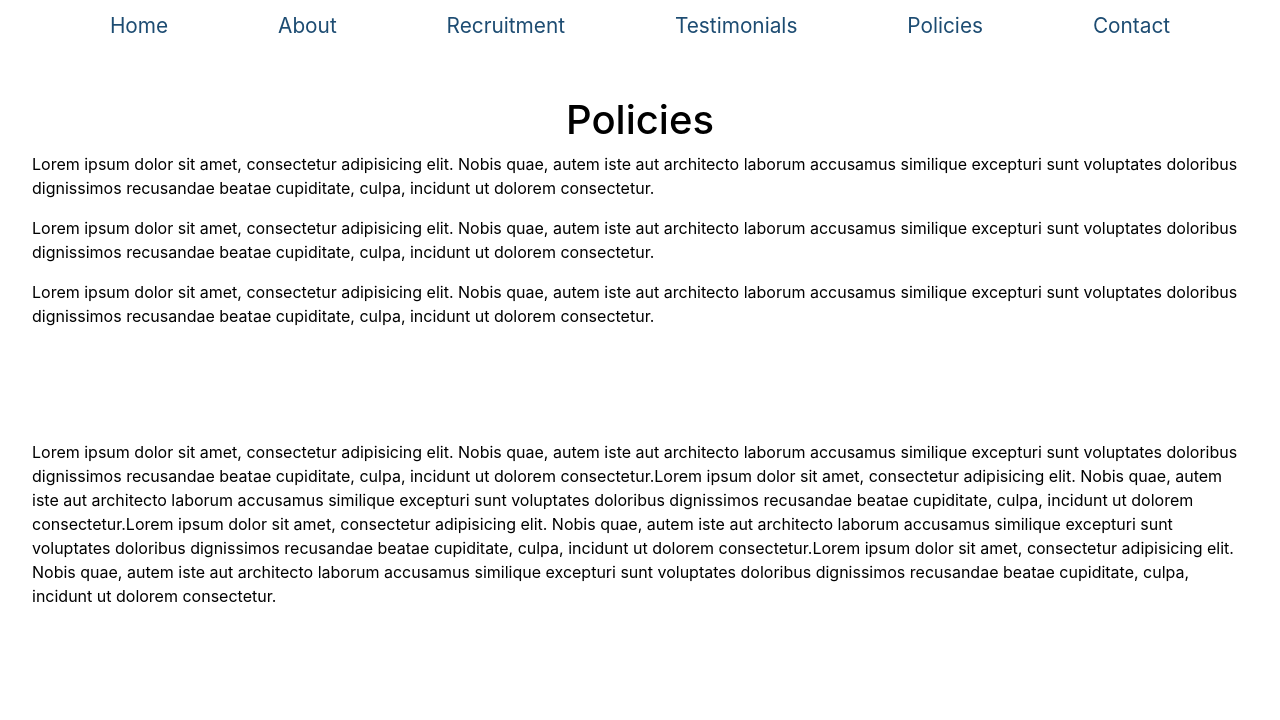
Repository: cerebrium/website
Page: /policies
The author's editor kept a copy of each file at every save. The page is drawn from the files as they stood at one save, then again after the next save.
The browser window is 1280 px wide. The pictures show the whole page.
The project was rebuilt for these pictures with package versions that can differ from the ones it lists, and the page was loaded fresh each time. Also part of the build but not shown: src/Routes/About.jsx, src/Routes/Recruitment.jsx, src/Routes/Testimonials.jsx, src/Routes/Home.jsx, src/Routes/Contact.jsx.

Above is the page before, as saved 2019-11-02 13:54:43.

After the next save:
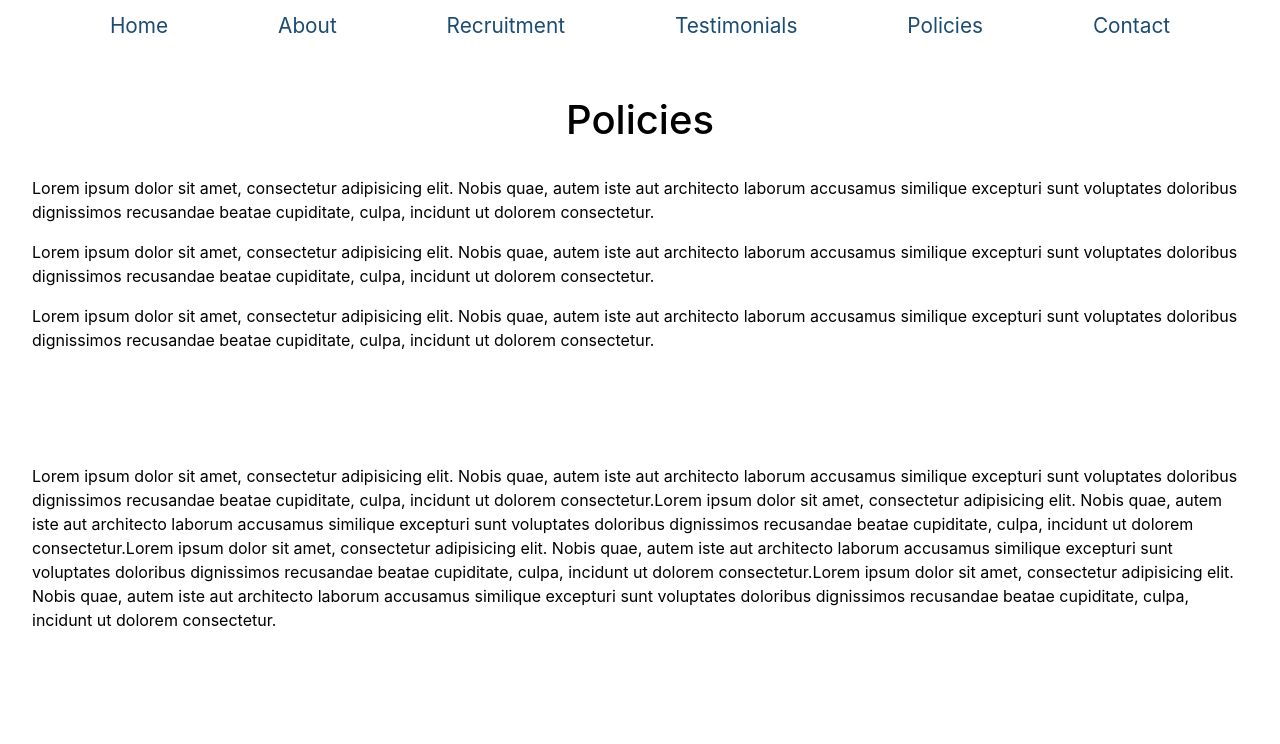
Saved 13 s later.
--- a/src/Routes/Policies.jsx
+++ b/src/Routes/Policies.jsx
@@ -6,7 +6,7 @@
             <div className='mainContainer'>
                 <div className='rowCentering'>
                     <div className='contentCentering contentStyle'>
-                        <h1>Policies</h1>
+                        <h1>Policies</h1><br />
                         <p>Lorem ipsum dolor sit amet, consectetur adipisicing elit. Nobis quae, autem iste aut architecto laborum accusamus similique excepturi sunt voluptates doloribus dignissimos recusandae beatae cupiditate, culpa, incidunt ut dolorem consectetur.</p>
                         <p>Lorem ipsum dolor sit amet, consectetur adipisicing elit. Nobis quae, autem iste aut architecto laborum accusamus similique excepturi sunt voluptates doloribus dignissimos recusandae beatae cupiditate, culpa, incidunt ut dolorem consectetur.</p>
                         <p>Lorem ipsum dolor sit amet, consectetur adipisicing elit. Nobis quae, autem iste aut architecto laborum accusamus similique excepturi sunt voluptates doloribus dignissimos recusandae beatae cupiditate, culpa, incidunt ut dolorem consectetur.</p>
